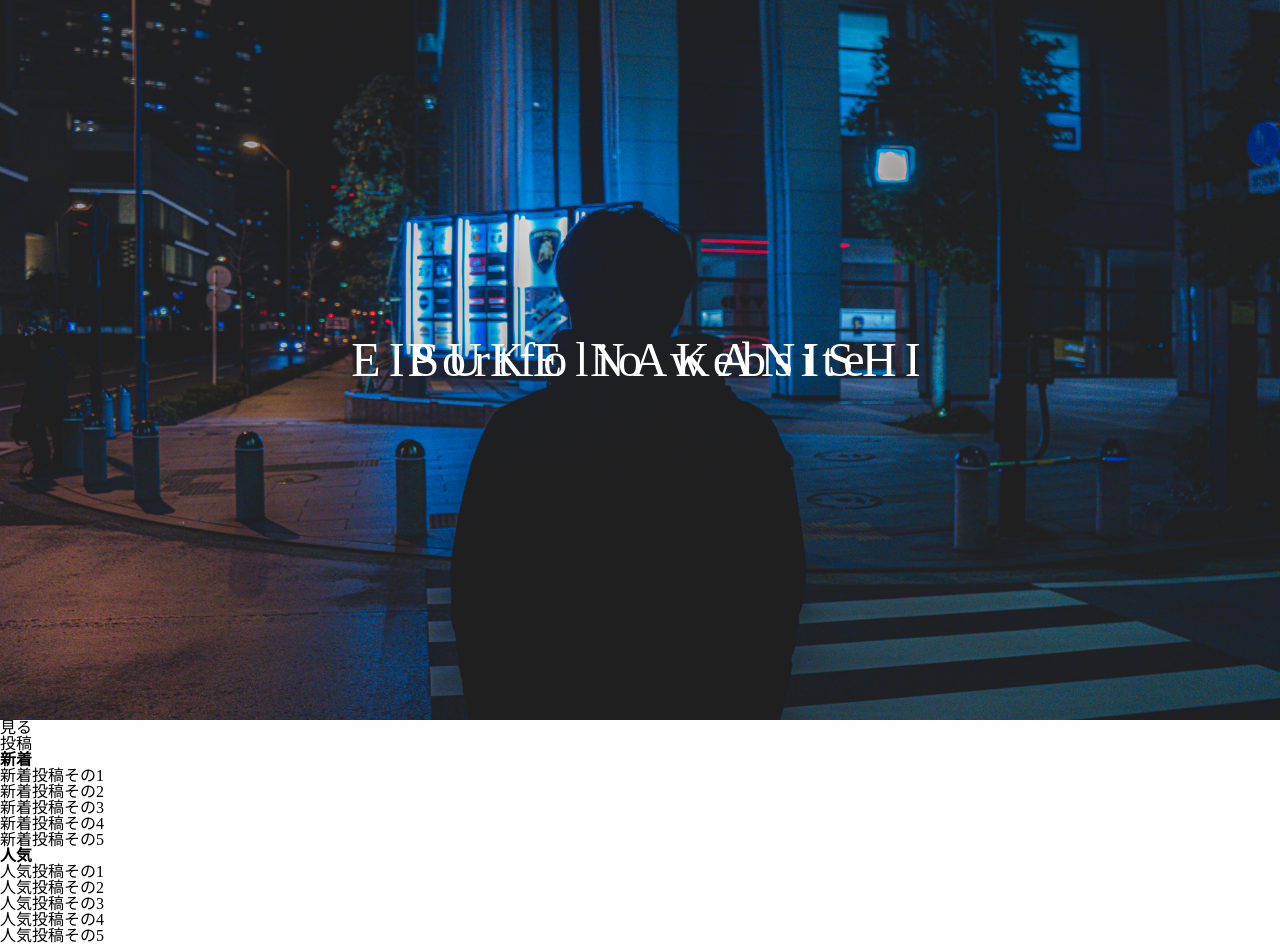
Repository: KustomApe/LandorusInc
Page: index.html
The author's editor kept a copy of each file at every save. The page is drawn from the files as they stood at one save, then again after the next save.
The browser window is 1280 px wide. The pictures show the whole page.

Above is the page before, as saved 2021-07-24 13:01:29.

After the next save:
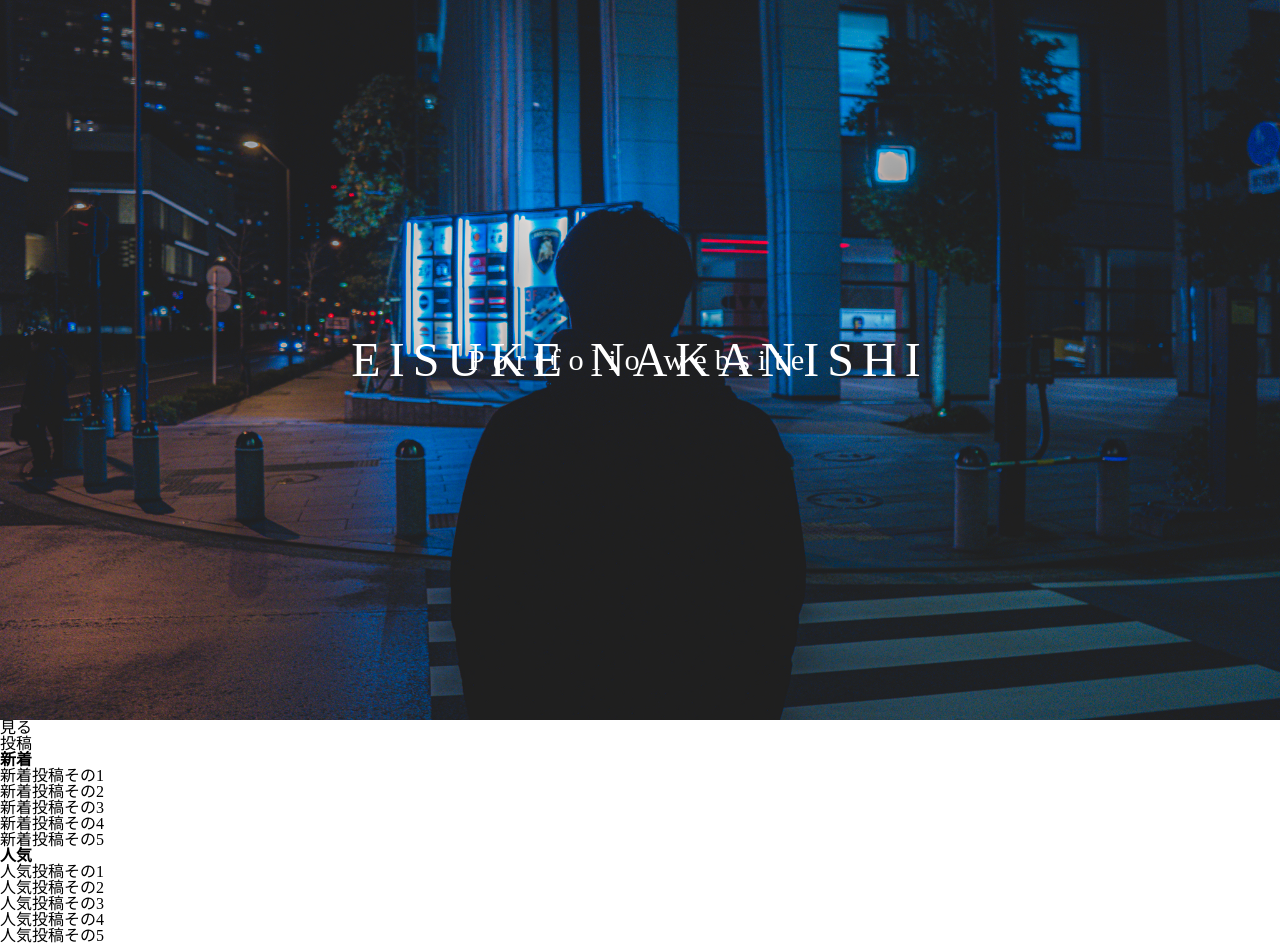
Saved 4 s later.
--- a/assets/css/style.css
+++ b/assets/css/style.css
@@ -35,7 +35,7 @@ div#main_img h2 {
     -webkit-transform: translate(-50%, -50%);
     -ms-transform: translate(-50%, -50%);
     color: #fff;
-    font-size: 3rem;
+    font-size: 1.9rem;
     font-weight: lighter;
     letter-spacing: 0.5rem;
 }
